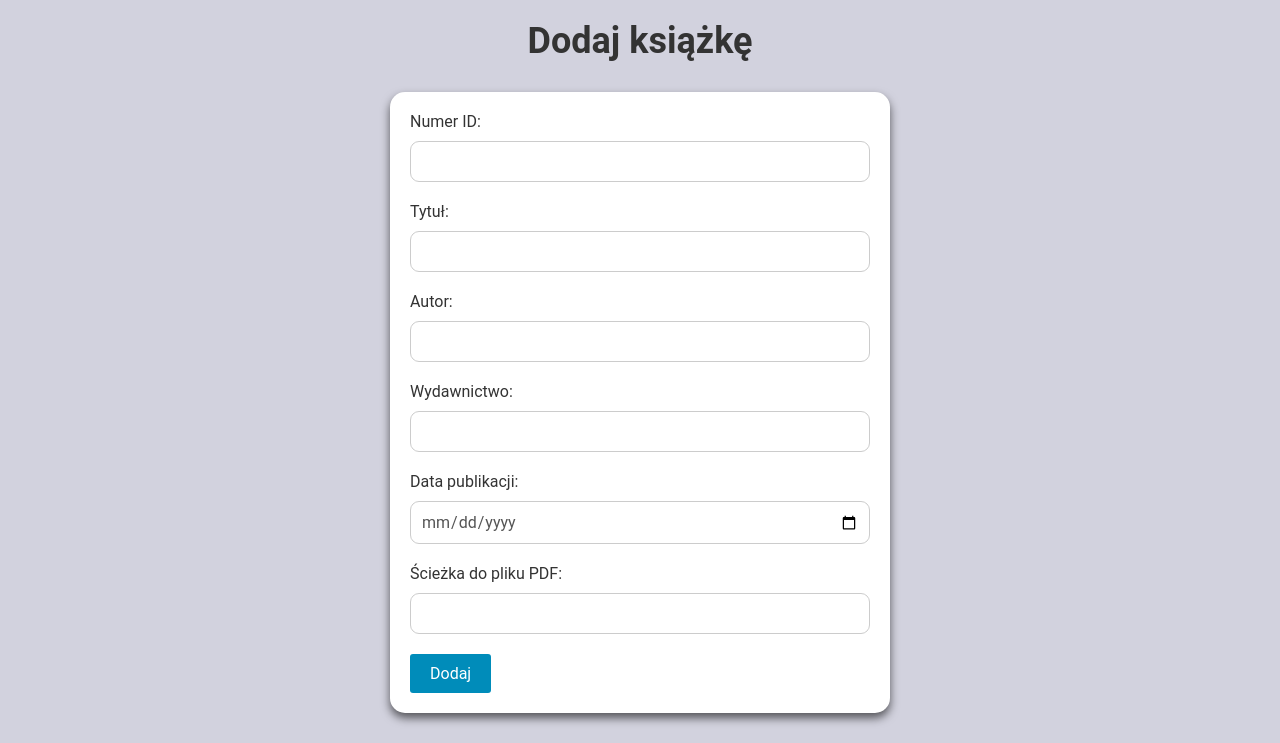
Repository: Dominik098/projekt
Page: http://localhost/biblioteka/Dodaj_ksiazke.jsp
These files come from the project's save history. The page is drawn as it stood at one moment and after the next save; the edit follows.
The browser window is 1280 px wide. The pictures show the whole page.
The page is served by Tomcat 9.

Above is the page before, as saved 2023-05-02 11:12:23.

After the next save:
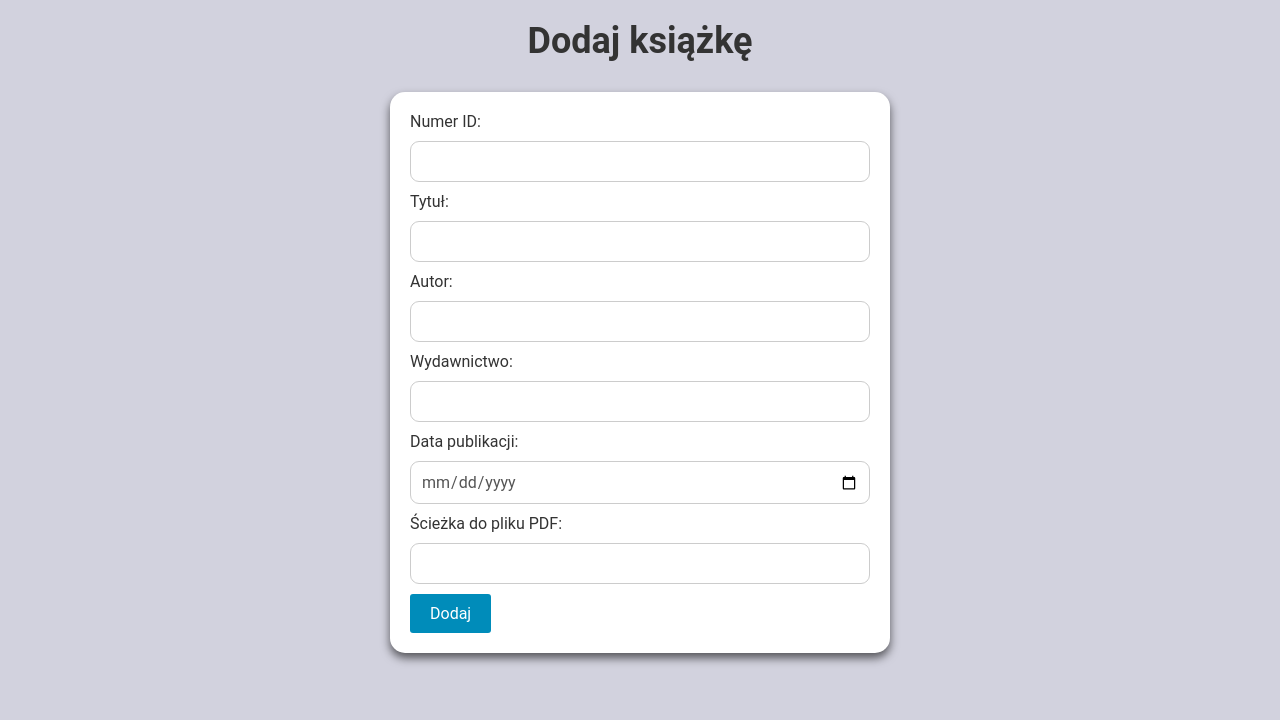
Saved 9 s later.
--- a/java projekt/biblioteka/src/main/webapp/Dodaj_ksiazke.jsp
+++ b/java projekt/biblioteka/src/main/webapp/Dodaj_ksiazke.jsp
@@ -50,7 +50,7 @@ input[type="date"] {
   border-radius: 9px;
   font-size: 16px;
   color: #555;
-  margin-bottom: 20px;
+  margin-bottom: 10px;
 }
 
 button[type="submit"] {
